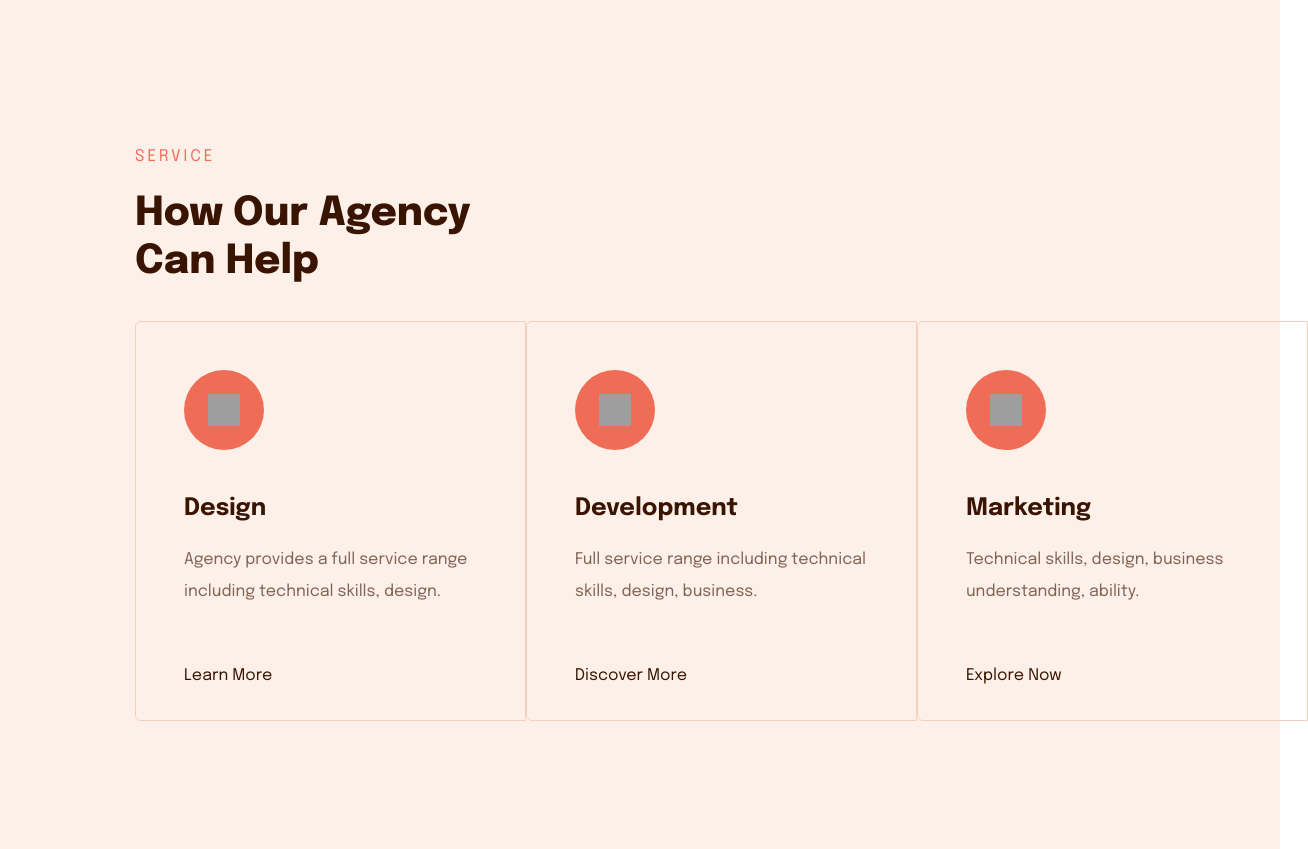
Repository: simralgasimov/service
Page: index.html
These files come from the project's save history. The page is drawn as it stood at one moment and after the next save; the edit follows.
The browser window is 1280 px wide. The page is 1308 px wide, so the pictures cover 1308 px, including what lies to the right of the window. The pictures show the whole page.
Pictures or frames that could not be fetched are drawn as grey boxes.

Above is the page before, as saved 2023-09-04 13:25:19.

### index.html
<!DOCTYPE html>
<html lang="en">
<head>
    <meta charset="UTF-8">
    <meta name="viewport" content="width=device-width, initial-scale=1.0">
    <title>Document</title>
    <link rel="stylesheet" href="index.css">
</head>
<body>
    <div class="container"><h1>Service
    </h1>
    <h2>How Our Agency Can Help
    </h2>

    <ul class=>
  <li >
    <div class="circle">
        <img src="./img/Combined.svg" alt="">
    </div>

    <h3>Design</h3>
    <h4>Agency provides a full service range including technical skills, design.
    </h4>
    <h5>Learn More
    </h5>
   </li>

   <li >
    <div class="circle">
        <img src="./img/Combined Shape (1).svg" alt="">
    </div>

    <h3>Development
    </h3>
    <h4>Full service range including technical skills, design, business.
</h4>
    <h5>Discover More

    </h5>
   </li>


   <li >
    <div class="circle">
        <img src="./img/Shape.svg" alt="">
    </div>

    <h3>Marketing

    </h3>
    <h4>Technical skills, design, business understanding, ability.
</h4>
    <h5>Explore Now


    </h5>
   </li>
</ul>


</div>


</body>
</html>

### index.css
@import url("https://fonts.googleapis.com/css2?family=Epilogue:wght@400;700;800;900&display=swap");
* {
  margin: 0;
  padding: 0;
  box-sizing: border-box;
}

.container {
  background: #fdf0e9;
  padding: 141px 134px 128px 135px;
}

.container h1 {
  margin-bottom: 17px;
  color: var(--text-dark-accent, #ef6d58);
  font-feature-settings: "clig" off, "liga" off;
  font-family: Epilogue;
  font-size: 16px;
  font-style: normal;
  font-weight: 400;
  line-height: 32px;
  letter-spacing: 3px;
  text-transform: uppercase;
}

.container h2 {
  margin-bottom: 35px;
  width: 336px;
  color: var(--text-dark, #391400);
  font-feature-settings: "clig" off, "liga" off;
  font-family: Epilogue;
  font-size: 40px;
  font-style: normal;
  font-weight: 800;
  line-height: 48px;
}

.container ul {
  list-style-type: none;
  display: flex;
}

.container ul li {
  padding: 48px 262px 52px 48px;
  width: 391px;
  height: 400px;
  border-radius: 6px 0px 0px 6px;
  border: 1px solid #f3d1bf;
}
.container ul li .circle{
  width: 80px;
height: 80px;
border-radius: 50%;
background-color: #EF6C57;
display: flex;
justify-content: center;
align-items: center;
}
.container ul li img {
  width: 32px;
  height: 32px;

}

.container ul li h3 {
  margin-top: 43px;
  width: 83px;
  color: var(--text-dark, #391400);
  font-feature-settings: "clig" off, "liga" off;

  font-family: Epilogue;
  font-size: 24px;
  font-style: normal;
  font-weight: 700;
  line-height: 32px;
}

.container ul li h4 {
  margin-top: 19px;
  width: 294px;
  color: var(--text-dark-gray, rgba(57, 20, 0, 0.64));
  font-feature-settings: "clig" off, "liga" off;
  font-family: Epilogue;
  font-size: 16px;
  font-style: normal;
  font-weight: 400;
  line-height: 32px;
}

.container ul li h5 {
  margin-top: 52px;
  width: 89px;
  color: var(--text-dark, #391400);
  font-feature-settings: "clig" off, "liga" off;

  font-family: Epilogue;
  font-size: 16px;
  font-style: normal;
  font-weight: 400;
  line-height: 32px;
}

.container ul li:nth-child(2) h5{
    width: 113px;
}


.container ul li:nth-child(3) h5{
    width: 96px;
}

After the next save:
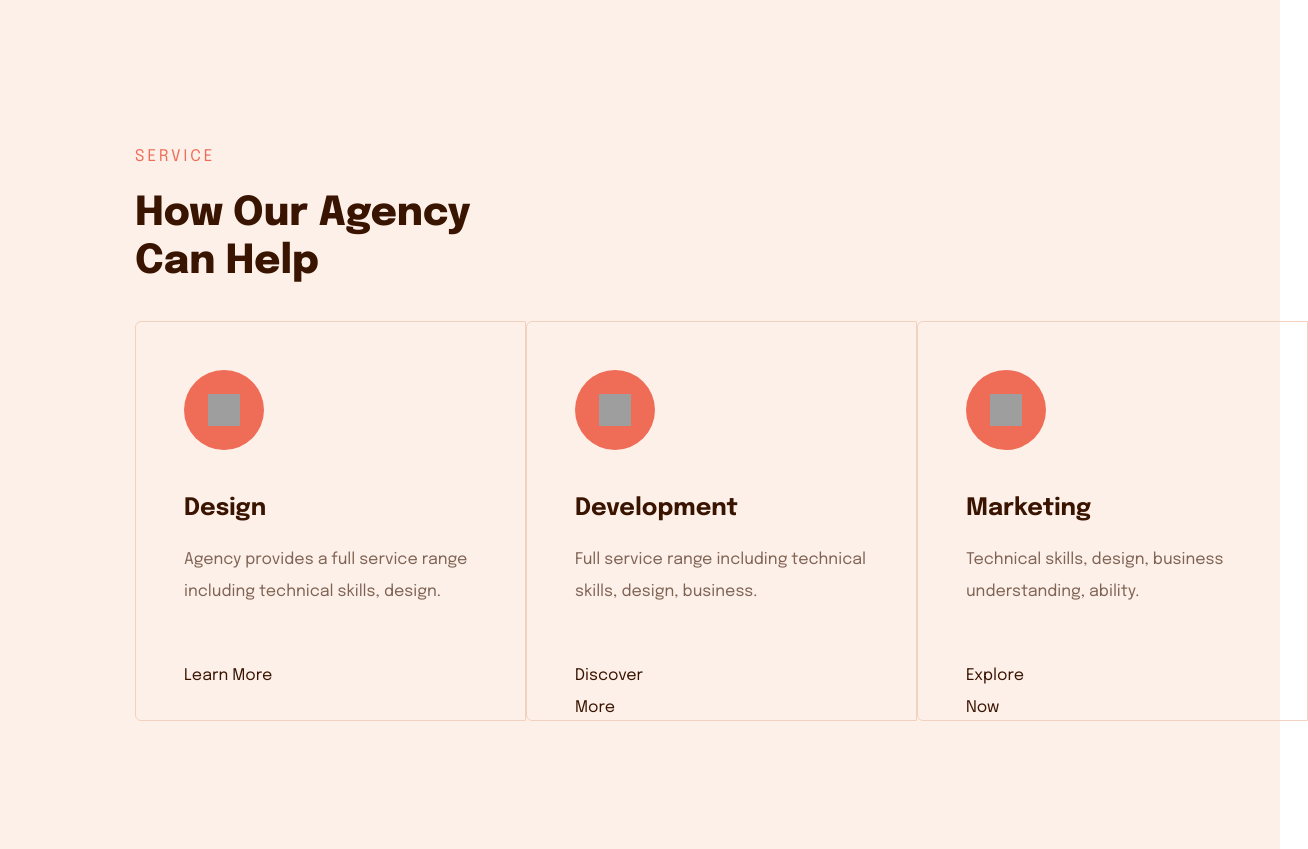
Saved 18 s later.
--- a/index.css
+++ b/index.css
@@ -100,11 +100,11 @@ align-items: center;
   line-height: 32px;
 }
 
-.container ul li:nth-child(2) h5{
+/* .container ul li:nth-child(2) h5{
     width: 113px;
 }
 
 
 .container ul li:nth-child(3) h5{
     width: 96px;
-}
+} */
